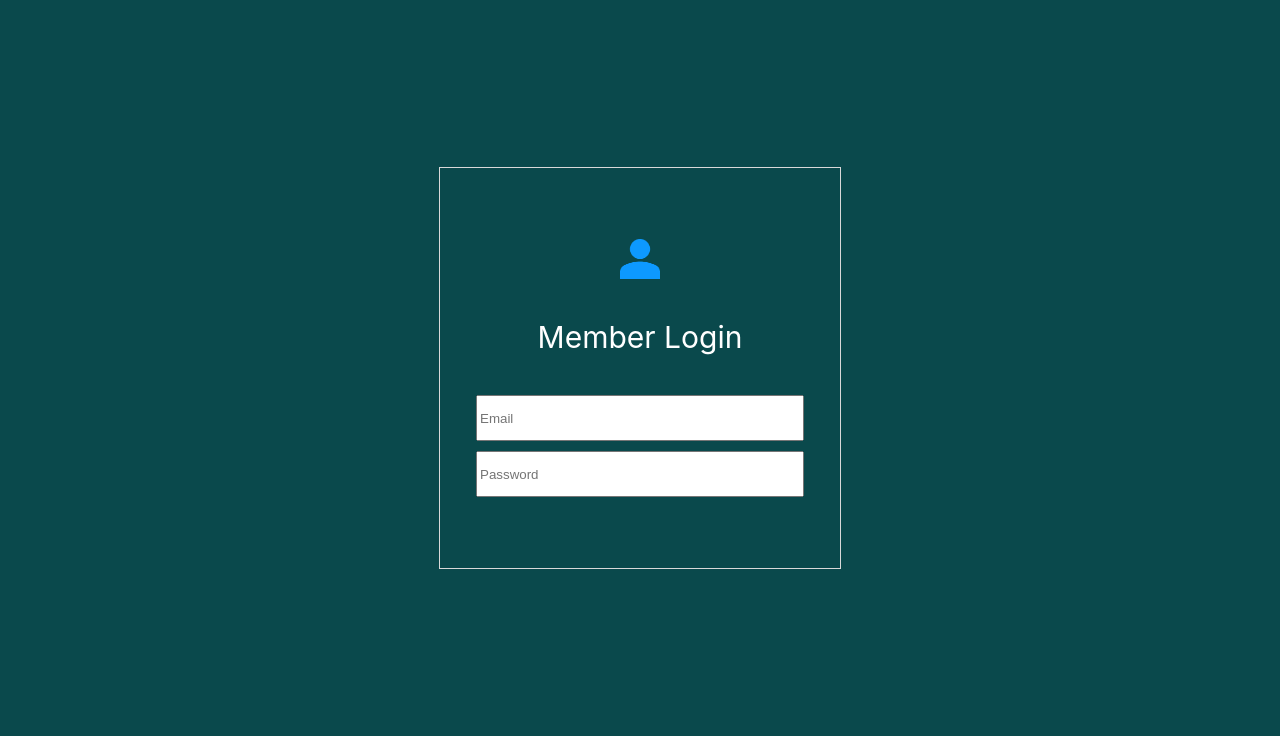
Repository: sheddy1/peter1
Page: work2.html
An editor plug-in stored every save of this project. The page is shown before and after the next save, followed by the edit.
The browser window is 1280 px wide. The pictures show the whole page.

Above is the page before, as saved 2025-11-08 15:44:07.

### work2.html
<!DOCTYPE html>
<html lang="en">
<head>
    <meta charset="UTF-8">
    <meta name="viewport" content="width=device-width, initial-scale=1.0">
    <title>peters work1</title>
    <link rel="stylesheet" href="work2.css">
    <style>

    </style>
</head>
<body>
    <div class="login-box">
        <img src="Vector.png" alt="" class="vector">

        <p class="mem">Member Login</p>

        <input type="text" class="text1" placeholder="Email">

        <input type="password" class="text1" placeholder="Password">
    </div>
</body>
</html>

### work2.css
body {
    background-color: #0A494C;
    display: flex;
    justify-content: center;
    align-items: center;
    min-height: 100vh;
}

.login-box {
    border: 1px solid #D9D9D9;
    width: 400px;
    height: 400px;
    display: flex;
    justify-content: center;
    align-items: center;
    flex-direction: column;
    gap: 10px;
}

.vector{
    height: 40px;
    width: 40px;
}

.mem{
    color: #FFFFFF;
    font-family: inter;
    font-size: 30px;
    ;
}

.text1{
    width: 80%;
    height: 40px;
    color: #1E1E1E;
}

After the next save:
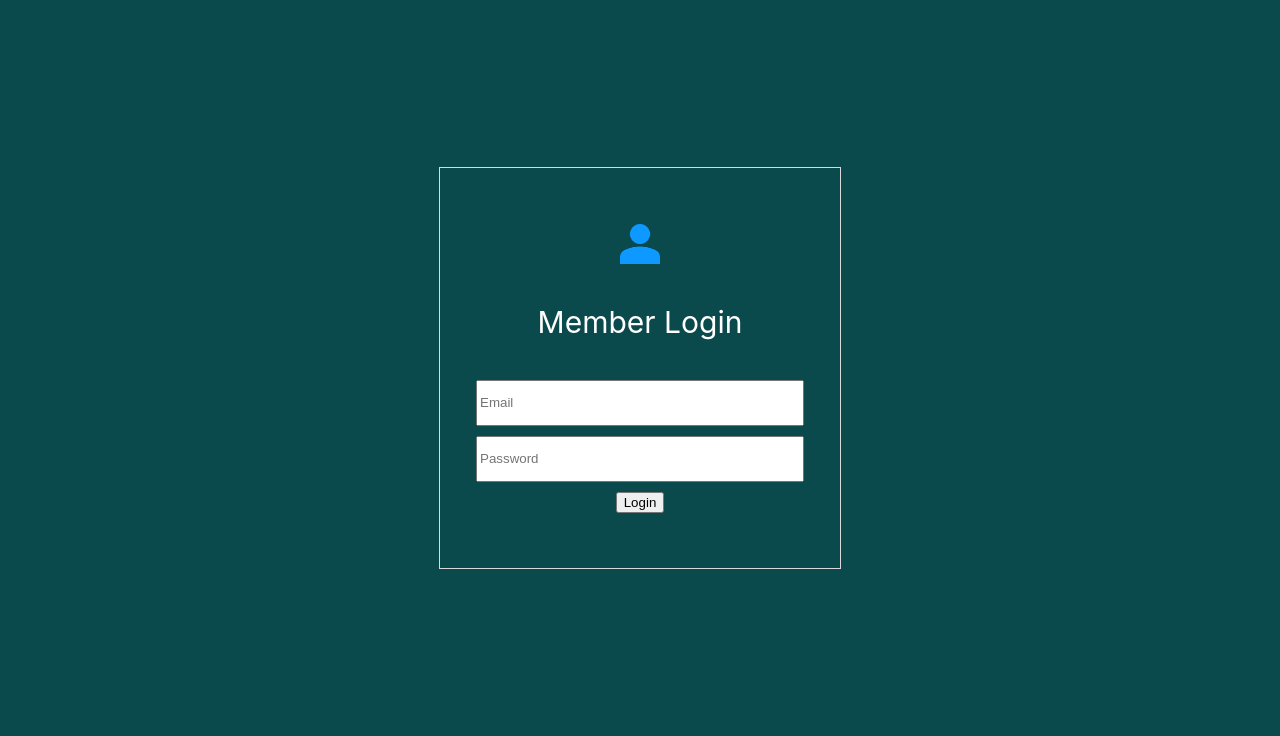
Saved 2 min 5 s later.
--- a/work2.html
+++ b/work2.html
@@ -18,6 +18,8 @@
         <input type="text" class="text1" placeholder="Email">
 
         <input type="password" class="text1" placeholder="Password">
+
+        <button>Login</button>
     </div>
 </body>
 </html>
